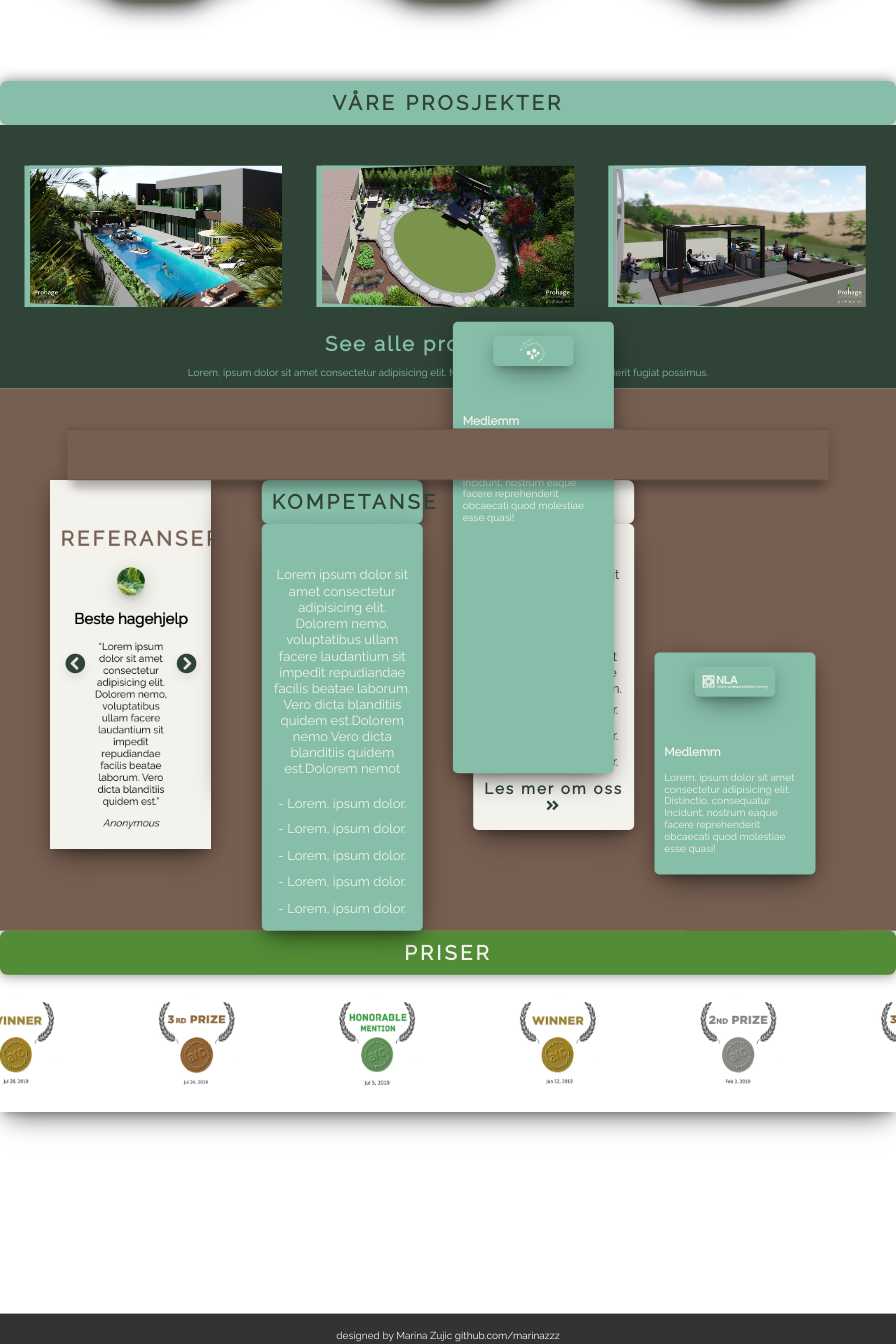
Repository: marinazzz/garden-design-website
Page: index.html
An editor plug-in stored every save of this project. The page is shown before and after the next save, followed by the edit.
The browser window is 1280 px wide. The pictures show the part of the page from y = 1471 to 3391 px (the page is 3408 px tall), at 70% of full size.

Above is the page before, as saved 2020-04-10 12:49:13.

### index.html
<!DOCTYPE html>
<html lang="nb">

<head>
  <title>Hagedesign Oslo</title>
  <link rel="stylesheet"
        type="text/css"
        href="CSS/fontawesome-free-5.12.1-web/css/all.min.css">
  <link rel="stylesheet"
        type="text/css"
        href="CSS/style.css" />
  <link rel="stylesheet"
        type="text/css"
        href="CSS/min-width-768px.css">
  <link rel="stylesheet"
        type="text/css"
        href="CSS/min-width-992px.css">
  <link rel="stylesheet"
        type="text/css"
        href="PLUGINS/glide-master/dist/css/glide.core.min.css" />
  <link rel="stylesheet"
        type="text/css"
        href="PLUGINS/glide-master/dist/css/glide.theme.min.css" />
  <link href="https://fonts.googleapis.com/css?family=Raleway&display=swap"
        rel="stylesheet">
  <meta name="viewport"
        content="width=device-width, initial-scale=1"
        charset="UTF-8">
</head>

<body>
  <header>
      <div class="container__menu--small">
        <!--grid container-->
        <div class="container__logo">
          <!--1.column-->
          <img class="logo"
               src="images/BD-hagedesign-500px.png"
               alt="BD hagedseign logo">
        </div>
        <div class="container__items--small container__items">
          <!--2.column-->
          <div class="container__item">
            <!--1.row-->
            <a href="mailto:info@prohage.no"
               class="container__item-txt"><i class="far fa-envelope"></i>info@prohage.no</a>
            <a href="tlf:45511111"
               class="container__item-txt"><i class="fas fa-phone"></i>45511111</a>
          </div>
          <div class="container__item-bottom">
            <!--2.row-->
            <button class="menu__toggle">
              <i class="fas fa-bars"></i>
            </button>
            <nav id="menu">
              <ul class="menu__list">
                <li class="menu__item">
                  <a class="menu__link"
                     href="home">Home</a>
                </li>
                <li class="menu__item">
                  <a class="menu__link"
                     href="#services">Våre tjenester</a>
                </li>
                <li class="menu__item">
                  <a class="menu__link"
                     href="#gallery">Galleri</a>
                </li>
                <li class="menu__item">
                  <a class="menu__link"
                     href="#about">Om oss</a>
                </li>
                <li class="menu__item">
                  <a class="menu__link"
                     href="#blog">Blogg</a>
                </li>
                <li class="menu__item">
                  <a class="menu__link"
                     href="kontakt">Kontakt</a>
                </li>
              </ul>
            </nav>
          </div>
        </div>
      </div>
    <section id="main-photo">
      <div class="glide">
        <div class="glide__track"
             data-glide-el="track">
          <ul class="glide__slides">
            <li class="glide__slide">
              <img class="main-photo__item"
                   srcset="images/daylight-environment-garden-2000.jpg 2000w,
                                         images/daylight-environment-garden-1000.jpg 1000w"
                   sizes="(min-width: 1440px) 2000px, 100vw"
                   src="images/daylight-environment-garden-2000.jpg"
                   alt="Garden and plants" />
              <h1 class="main-photo__title">Profesjonell hagehjelp</h1>
            </li>
            <li class="glide__slide">
              <img class="main-photo__item"
                   srcset="images/main-header-photo-2000.jpg 2000w,
                                          images/main-header-photo-1000.jpg 1000w"
                   sizes="(min-width: 1440px) 2000px, 100vw"
                   src="images/main-header-photo-2000.jpg"
                   alt="Garden and plants" />
              <h1 class="main-photo__title">Ta kontakt allerede idag</h1>
            </li>
            <li class="glide__slide">
              <img class="main-photo__item"
                   srcset="images/header-photo-2000.jpg 2000w,
                                         images/header-photo-1000.jpg 1000w"
                   sizes="(min-width: 1440px) 2000px, 100vw"
                   src="images/header-photo-2000.jpg"
                   alt="Garden designed by proffesional" />
              <h1 class="main-photo__title">Rådgiving og tipser</h1>
            </li>
            <li class="glide__slide">
              <img class="main-photo__item"
                   srcset="images/bloom-blooming-blur-2000.jpg 2000w,
                                         images/bloom-blooming-blur-1000.jpg 1000w"
                   sizes="(min-width: 1440px) 2000px, 100vw"
                   src="images/bloom-blooming-blur-2000.jpg"
                   alt="Garden designed by proffesional" />
              <h1 class="main-photo__title">Følg vår hageblogg</h1>
            </li>
          </ul>
        </div>
      </div>
    </section>
  </header>
  <main>
    <section id="section__services"
             class="section__container">
      <h1 class="services__title sections__title">Tjenester</h1>
      <div class="container">
        <section class="services__item">
          <div class="item-title__wrapp">
            <i class="fas fa-circle"></i>
            <h2 class="services__item-title">Hagedesign</h2>
          </div>
          <p class="services__txt">Lorem ipsum dolor sit amet consectetur adipisicing elit. Reiciendis, laboriosam.ipsum
            ex aperiam dolores corporis iusto!</p>
          <div class="services__photo__wrapp">
            <img class="services__photo"
                 src="images/Hagedesign.jpg"
                 alt="Hagedesigner tegner" />
            <button class="primary__button services__button">les mer</button>
          </div>
        </section>
        <section class="services__item">
          <div class="item-title__wrapp">
            <i class="fas fa-circle"></i>
            <h2 class="services__item-title">Hagekonsultasjon</h2>
          </div>
          <p class="services__txt">Lorem ipsum dolor sit amet consectetur adipisicing elit. Reiciendis, laboriosam.ipsum
            ex aperiam dolores corporis iusto!</p>
          <div class="services__photo__wrapp">
            <img class="services__photo"
                 src="images/konsultasjon.jpg"
                 alt="Hagekonsultasjon med hagedesigner" />
            <button class="primary__button services__button">les mer</button>
          </div>
        </section>
        <section class="services__item">
          <div class="item-title__wrapp">
            <i class="fas fa-circle"></i>
            <h2 class="services__item-title">Hageskise</h2>
          </div>
          <p class="services__txt">Lorem ipsum dolor sit amet consectetur adipisicing elit. Reiciendis, laboriosam.ipsum
            ex aperiam dolores corporis iusto!</p>
          <div class="services__photo__wrapp">
            <img class="services__photo"
                 src="images/skisse.jpg"
                 alt="Hagedesigner hjelp" />
            <button class="primary__button services__button">les mer</button>
          </div>
        </section>
      </div>
    </section>
    <section id="section__gallery"
             class="section__container">
      <h1 class="gallery__title sections__title">Våre prosjekter</h1>
      <div class="container gallery__wrapp">
        <div class="container gallery__items">
          <div class="gallery__item-wrapp">
            <img class="gallery__item"
                 srcset="images/gallery-photo1-2000.jpg 2000w,
                                     images/gallery-photo1-1000.jpg 1000w"
                 sizes="(min-width: 1440px) 2000px, 100vw"
                 src="images/gallery-photo1-2000.jpg"
                 alt="Hagedesign terrase" />
          </div>
          <div class="gallery__item-wrapp gallery__item-wrapp">
            <img class="gallery__item"
                 srcset="images/gallery-photo2-2000.jpg 2000w,
                                     images/gallery-photo2-1000.jpg 1000w"
                 sizes="(min-width: 1440px) 2000px, 100vw"
                 src="images/gallery-photo2-2000.jpg"
                 alt="Hagedesign terrase" />
          </div>
          <div class="gallery__item-wrapp">
            <img class="gallery__item"
                 srcset="images/gallery-photo3-2000.jpg 2000w,
                                     images/gallery-photo3-1000.jpg 1000w"
                             sizes="(min-width: 1440px) 2000px, 100vw"
                             src="images/gallery-photo3-2000.jpg" alt="Hagedesign terrase" />
                    </div>
                </div>
                <div class="gallery__txt-wrapp">
                    <h2 class="gallery__item-title services__item-title">See alle prosjekter
                        <i class="fas fa-angle-double-right"></i>
                    </h2>
                    <p class="gallery__txt">Lorem, ipsum dolor sit amet consectetur adipisicing elit. Magni neque, ut incidunt reprehenderit fugiat possimus.</p>
                </div>
            </div>
        </section>

        <div class="section__reviews__container">
          <div class="reviews__bg section__container">
            <div class="section__review__top"></div>
              <section id="section__reviews" class="review__wrapp">
                <div class="glide__wrapp">
                  <div class="glide">
                    <div class="glide__track" data-glide-el="track">
                      <ul class="glide__slides">
                        <li class="glide__slide glide__slide--active">
                          <div class="review__items">
                            <h1 class="section__review__title">Referanser</h1>
                                    <img class="review__photo"
                                     src="images/review-picture1.jpg" alt="Hagedesign terrase" />
                                    <h2 class="review__title">Beste hagehjelp</h2>
                                    <blockquote>
                                        <p class="review__txt">Lorem ipsum dolor sit amet consectetur adipisicing elit.
                                           Dolorem nemo, voluptatibus ullam facere laudantium sit impedit repudiandae facilis beatae laborum.
                                           Vero dicta blanditiis quidem est.</p>
                                         <footer class="review__author">Anonymous</footer>
                                    </blockquote>
                                </div>
                            </li>
                            <li class="glide__slide glide__slide--active"">
                                <div class="review__items">
                                    <img class="review__photo"
                                     src="images/review-picture2.jpg" alt="Hagedesign terrase" />
                                    <h2 class="review__title">Tussen takk</h2>
                                    <blockquote>
                                        <p class="review__txt">Lorem ipsum dolor sit amet consectetur adipisicing elit.
                                           Dolorem nemo, voluptatibus ullam facere laudantium sit impedit repudiandae facilis beatae laborum.
                                           Vero dicta blanditiis quidem est.</p>
                                         <footer class="review__author">Anonymous</footer>
                                    </blockquote>
                                </div>
                            </li>
                            <li class="glide__slide glide__slide--active">
                                <div class="review__items">
                                    <img class="review__photo"
                                     src="images/review-picture3.jpg" alt="Hagedesign terrase" />
                                    <h2 class="review__title">Anbefaler</h2>
                                    <blockquote>
                                        <p class="review__txt">Lorem ipsum dolor sit amet consectetur adipisicing elit.
                                           Dolorem nemo, voluptatibus ullam facere laudantium sit impedit repudiandae facilis beatae laborum.
                                           Vero dicta blanditiis quidem est.</p>
                                         <footer class="review__author">Anonymous</footer>
                                    </blockquote>
                                </div>
                            </li>
                          </ul>
                        </div>
                        <div class="glide__arrows"
                                 data-glide-el="controls">
                                <button class="glide__arrow glide__arrow--left"
                                        data-glide-dir="<">
                                    <i class="fas fa-chevron-circle-left"></i>
                                </button>
                                <button class="glide__arrow glide__arrow--right"
                                        data-glide-dir=">">
                                    <i class="fas fa-chevron-circle-right"></i>
                                </button>
                            </div>
                     </div>
                  </div>
              </section>
              <section id="section__about" class="review__wrapp">
                  <h1 class="reviews__title sections__title">Kompetanse</h1>
                  <div class="review__items">
                      <p class="about__txt">Lorem ipsum dolor sit amet consectetur adipisicing elit.
                        Dolorem nemo, voluptatibus ullam facere laudantium sit impedit repudiandae facilis beatae laborum.
                        Vero dicta blanditiis quidem est.Dolorem nemo Vero dicta blanditiis quidem est.Dolorem nemot</p>
                          <ul class="about__list">
                              <li class="about__list__item">
                                  <a class="item__link" href="#om-oss">Lorem, ipsum dolor.</a>
                              </li>
                              <li class="about__list__item">
                                  <a class="item__link" href="#om-oss">Lorem, ipsum dolor.</a>
                              </li>
                              <li class="about__list__item">
                                  <a class="item__link" href="#om-oss">Lorem, ipsum dolor.</a>
                              </li>
                              <li class="about__list__item">
                                  <a class="item__link" href="#om-oss">Lorem, ipsum dolor.</a>
                              </li>
                              <li class="about__list__item">
                                  <a class="item__link" href="#om-oss">Lorem, ipsum dolor.</a>
                              </li>
                          </ul>
                  </div>
              </section>
              <section id="section__experience" class="review__wrapp">
                  <h1 class="reviews__title sections__title">Erfaring</h1>
                  <div class="review__items">
                      <p class="experience__txt">Lorem ipsum dolor sit amet consectetur adipisicing elit.
                          Dolorem nemo, voluptatibus ullam facere laudantium sit impedit repudiandae facilis beatae laborum.
                      </p>
                      <ul class="experience__list about__list">
                          <li class="experience__list__item">
                              <a class="experience__link" href="#om-oss">Lorem, ipsum dolor.</a>
                          </li>
                          <li class="experience__list__item">
                              <a class="experience__link" href="#om-oss">Lorem, ipsum dolor.</a>
                          </li>
                          <li class="experience__list__item">
                              <a class="experience__link" href="#om-oss">Lorem, ipsum dolor.</a>
                          </li>
                      </ul>
                          <h2 class="gallery__item-title services__item-title">
                              <a href="" class="experience__link">Les mer om oss</a>
                              <i class="fas fa-angle-double-right"></i>
                          </h2>
                  </div>
              </section>
              <section class="section__member">
                  <div class="section__member__wrapp">
                    <div class="member__photo">
                      <img class="member__photo__el"
                           src="images/NLA-medlem-png.png" alt="" />
                    </div>
                    <div class="member__items">
                      <h3>Medlemm</h3>
                      <p>Lorem, ipsum dolor sit amet consectetur adipisicing elit. Distinctio, consequatur. Incidunt, nostrum eaque facere reprehenderit obcaecati quod molestiae esse quasi!</p>
                    </div>
                  </div>
                  <div class="section__member__wrapp">
                    <div class="member__photo">
                      <img class="member__photo__el"
                           src="images/Norske-hagedesignere-medlem-png.png" alt="" />
                    </div>
                    <div class="member__items">
                      <h3>Medlemm</h3>
                      <p>Lorem, ipsum dolor sit amet consectetur adipisicing elit. Distinctio, consequatur. Incidunt, nostrum eaque facere reprehenderit obcaecati quod molestiae esse quasi!</p>
                    </div>
                  </div>
               </section>
            </div>
        </div>
        <section id="section__awards">
      <h1 class="sections__title services__title">Priser</h1>
          <div class="glide">
            <div class="glide__track" data-glide-el="track">
              <ul class="glide__slides">
                <li class="glide__slide">
                  <img class="section__awards__photo" src="images/awards/1st-2019-award.jpg" alt="" />
                </li>
                <li class="glide__slide">
                  <img class="section__awards__photo" src="images/awards/3rd-prize-2019.jpg" alt="" />
                </li>
                <li class="glide__slide">
                  <img class="section__awards__photo" src="images/awards/HM-2019.jpg" alt="" />
                </li>
                <li class="glide__slide">
                  <img class="section__awards__photo" src="images/awards/1st-2019.jpg" alt="" />
                </li>
                <li class="glide__slide">
                  <img class="section__awards__photo" src="images/awards/2nd-prize-2019.jpg" alt="" />
                </li>
                <li class="glide__slide">
                  <img class="section__awards__photo" src="images/awards/3rd-prize-2016.jpg" alt="" />
                </li>
                <li class="glide__slide">
                  <img class="section__awards__photo" src="images/awards/HM-2016.jpg" alt="" />
                </li>
                <li class="glide__slide">
                  <img class="section__awards__photo" src="images/awards/2nd-prize-2016.jpg" alt="" />
                </li>
                <li class="glide__slide">
                  <img class="section__awards__photo" src="images/awards/3rd-prize-2015.jpg" alt="" />
                </li>
                <li class="glide__slide">
                  <img class="section__awards__photo" src="images/awards/HM-2015.jpg" alt="" />
                </li>
                <li class="glide__slide">
                  <img class="section__awards__photo" src="images/awards/HM-2015-sep.jpg" alt="" />
                </li>
                <li class="glide__slide">
                  <img class="section__awards__photo" src="images/awards/HM-2015-juli.jpg" alt="" />
                </li>
                <li class="glide__slide">
                  <img class="section__awards__photo" src="images/awards/2nd-prize-2015.jpg" alt="" />
                </li>
              </ul>
            </div>
          </div>
        </section>
     </main>
     <footer class="footer__main">
	     <p>designed by Marina Zujic
		     <a href="https://github.com/marinazzz">github.com/marinazzz</a>
	     </p>
     </footer>
     <script src="PLUGINS/glide-master/dist/glide.min.js"></script>
     <script src="JS/js-app.js"></script>
</body>

</html>

### CSS/min-width-992px.css
@media screen and (min-width: 992px) {
    html {
        font-size: 90%;
    }

   /* HEADER */

    .logo {
        max-height: 9rem;
    }

    .container__items {
        width: auto;
    }

    .container__item {
        padding-left: 22rem;;
    }

    .container__item-bottom,
    .container__items {
        padding: 0;
    }

    #menu {
        padding-left: 10rem;
    }

    /* SECTIONS */

    .section__container {
        max-width: 2000px;
        margin: 0 auto;
    }

    /* SECTIONS SERVICES*/

    .services__photo__wrapp > button {
        bottom: -15%;
    }

    /*SECTION GALLERY*/

    .gallery__wrapp {
        justify-content: space-around;
    }

    .services__wrapp {
        padding: 0;
    }

}

@media screen and (min-width: 1440px) {

    /* HEADER */
    .container__menu {
        max-width: 1500px;
        margin: 0 auto;
    }

    .container__item {
        padding-left: 47rem;;
    }

    #menu {
        padding-left: 30rem;
    }


    /* MAIN PHOTO */

    .main-photo__title {
        font-size: 3rem;
        letter-spacing: 0.5rem;
    }
}

@media screen and (min-width: 2560px) {
    html {
        font-size: 100%;
    }

    .logo {
        max-height: 12rem;
    }

    .container__item {
        justify-self: center;
    }

    .container__item > a:first-of-type {
        padding: 0 13rem;
    }

    .container__item-bottom {
        padding: 0 40rem;
    }

    /*content on middle*/

    .container__menu {
        max-width: 2000px;
    }

    .container__item-bottom,
    .container__items {
        padding: 0;
    }

    #menu,
    .container__item {
        padding-left: 50rem;
    }

}

Loaded but not shown: CSS/fontawesome-free-5.12.1-web/css/all.min.css (library); PLUGINS/glide-master/dist/css/glide.core.min.css (common file); PLUGINS/glide-master/dist/css/glide.theme.min.css (common file); PLUGINS/glide-master/dist/glide.min.js (library); JS/js-app.js (58 lines, source omitted); CSS/style.css (598 lines, source omitted); CSS/min-width-768px.css (272 lines, source omitted)

After the next save:
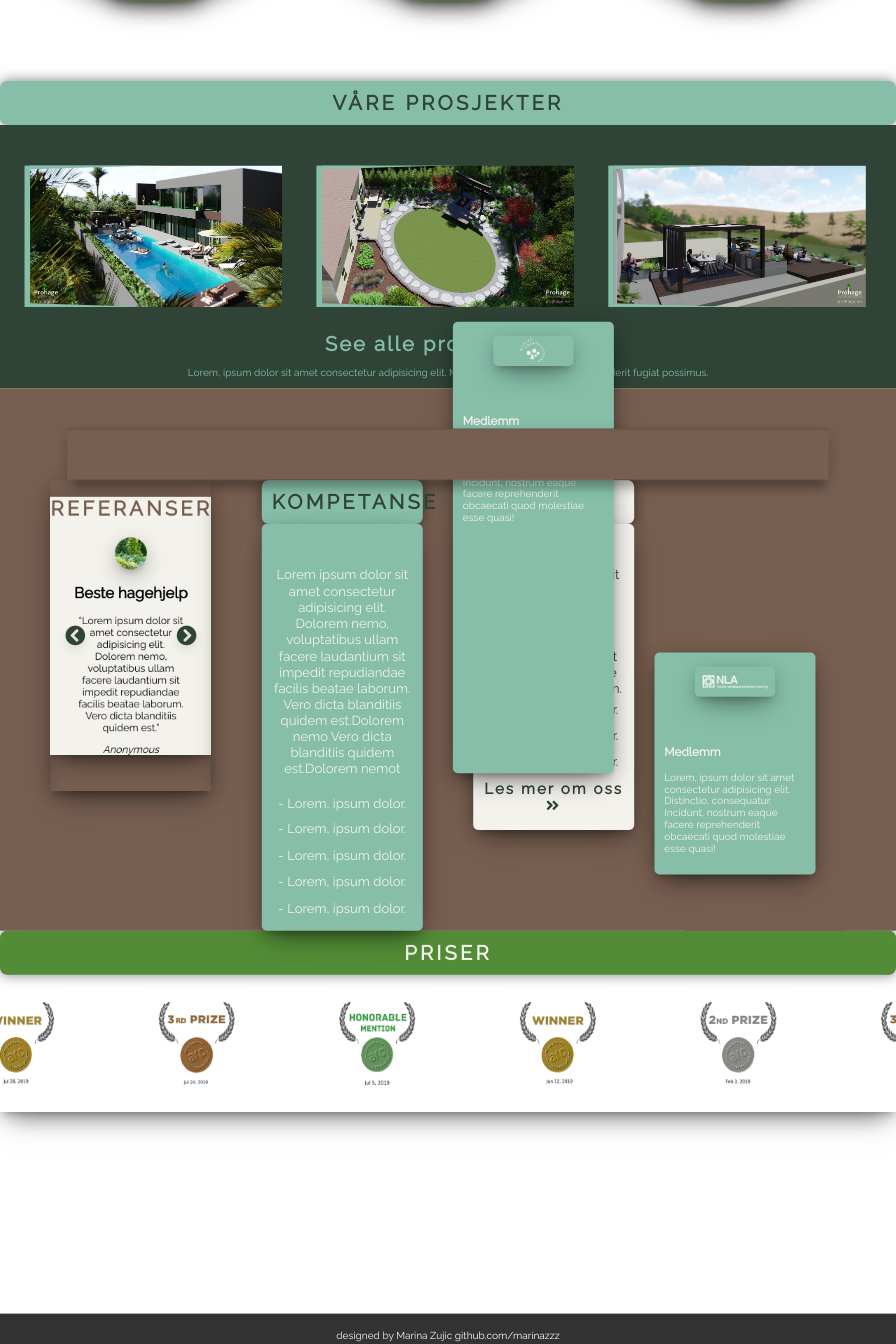
Saved 2 min 41 s later.
--- a/index.html
+++ b/index.html
@@ -225,7 +225,7 @@
                     <div class="glide__track" data-glide-el="track">
                       <ul class="glide__slides">
                         <li class="glide__slide glide__slide--active">
-                          <div class="review__items">
+                          <div class="review__items section__review__items">
                             <h1 class="section__review__title">Referanser</h1>
                                     <img class="review__photo"
                                      src="images/review-picture1.jpg" alt="Hagedesign terrase" />
